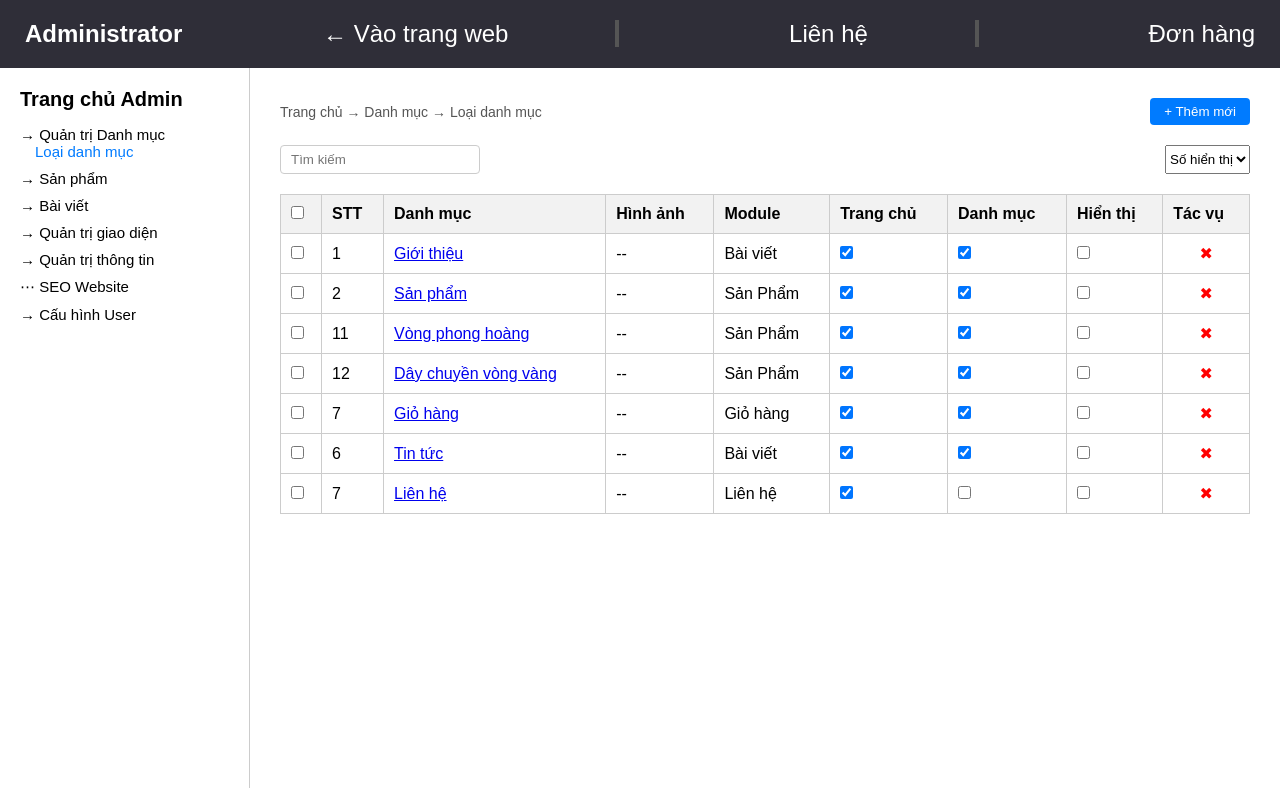
Repository: TranTanDat0606/Du-An-1
Page: Admin]/admin.html
These files come from the project's save history. The page is drawn as it stood at one moment and after the next save; the edit follows.
The browser window is 1280 px wide. The pictures show the whole page.

Above is the page before, as saved 2025-07-30 15:50:43.

After the next save:
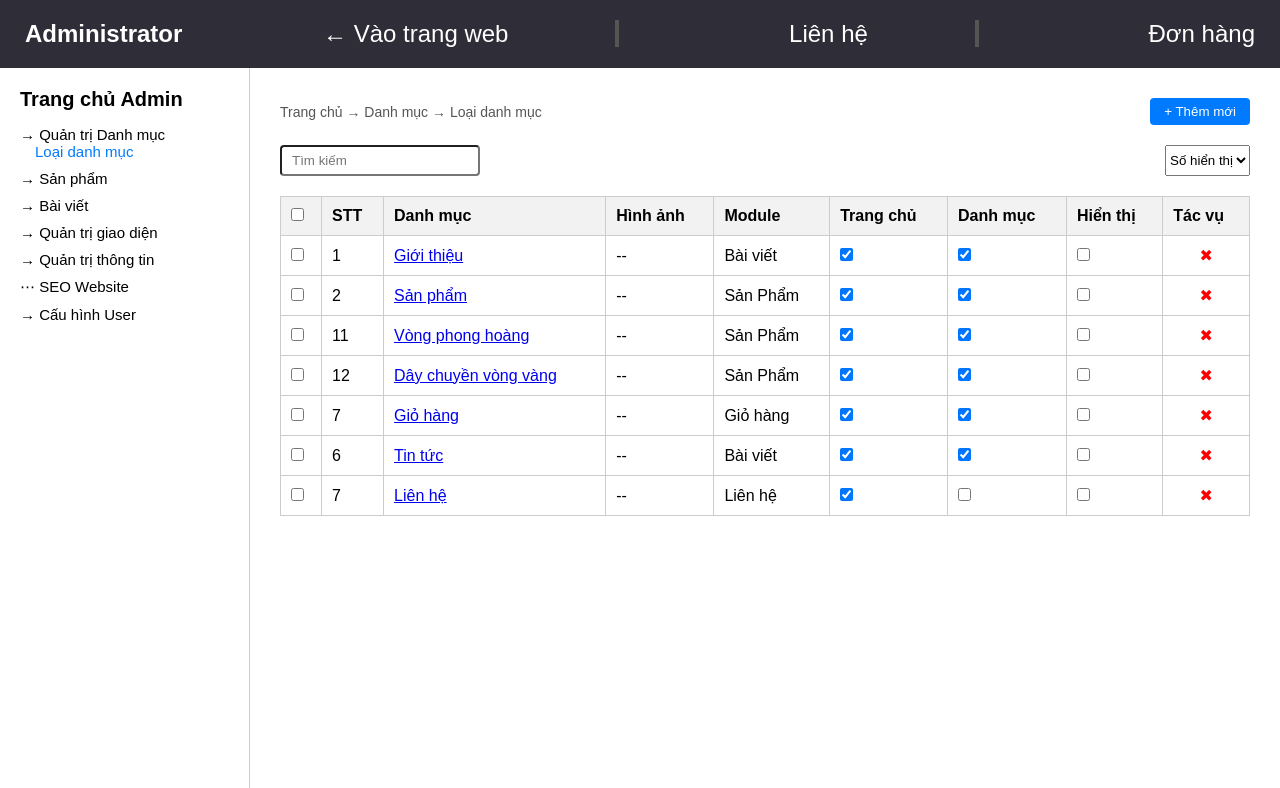
Saved 4 s later.
--- a/Admin]/admin.css
+++ b/Admin]/admin.css
@@ -108,7 +108,7 @@
 .search-input {
     padding: 6px 10px;
     width: 200px;
-    border: 1px  solid #ccc;
+    border: 1px 3px solid #ccc;
     border-radius: 4px;
 }
 

After the 6 saves that followed:
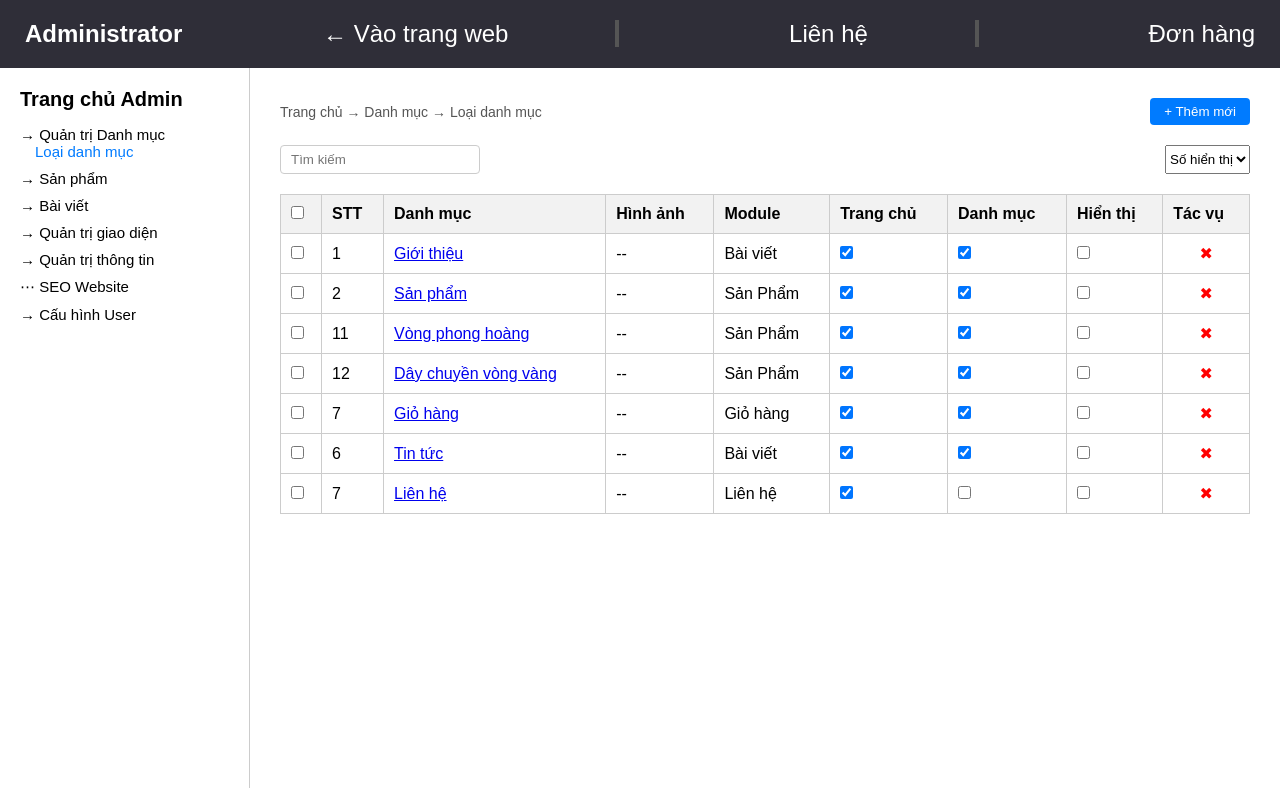
The 6 saves are shown as one change because 2 left the picture as it was and some came seconds apart.
The last was saved 19 s later.
--- a/Admin]/admin.css
+++ b/Admin]/admin.css
@@ -108,7 +108,7 @@
 .search-input {
     padding: 6px 10px;
     width: 200px;
-    border: 1px 3px solid #ccc;
+    border: 1px solid #ccc;
     border-radius: 4px;
 }
 
